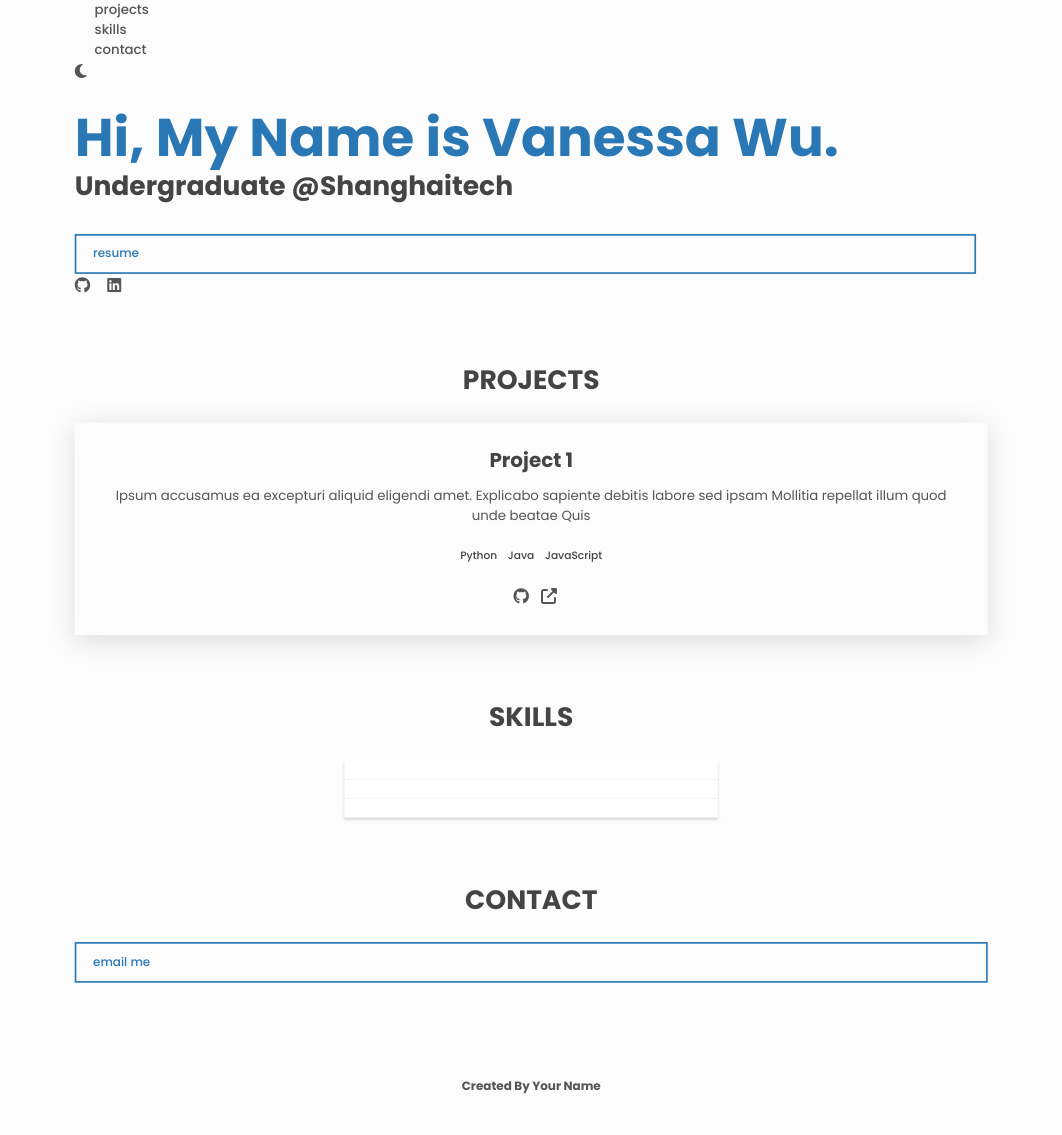
Repository: indiansummer1022/Cubstart
Page: Web Track/hw1/index.html
An editor plug-in stored every save of this project. The page is shown before and after the next save, followed by the edit.
The browser window is 1280 px wide. The pictures show the whole page, at 83% of full size.
Some web libraries are served in a nearby version.

Above is the page before, as saved 2022-02-15 21:12:22.

After the next save:
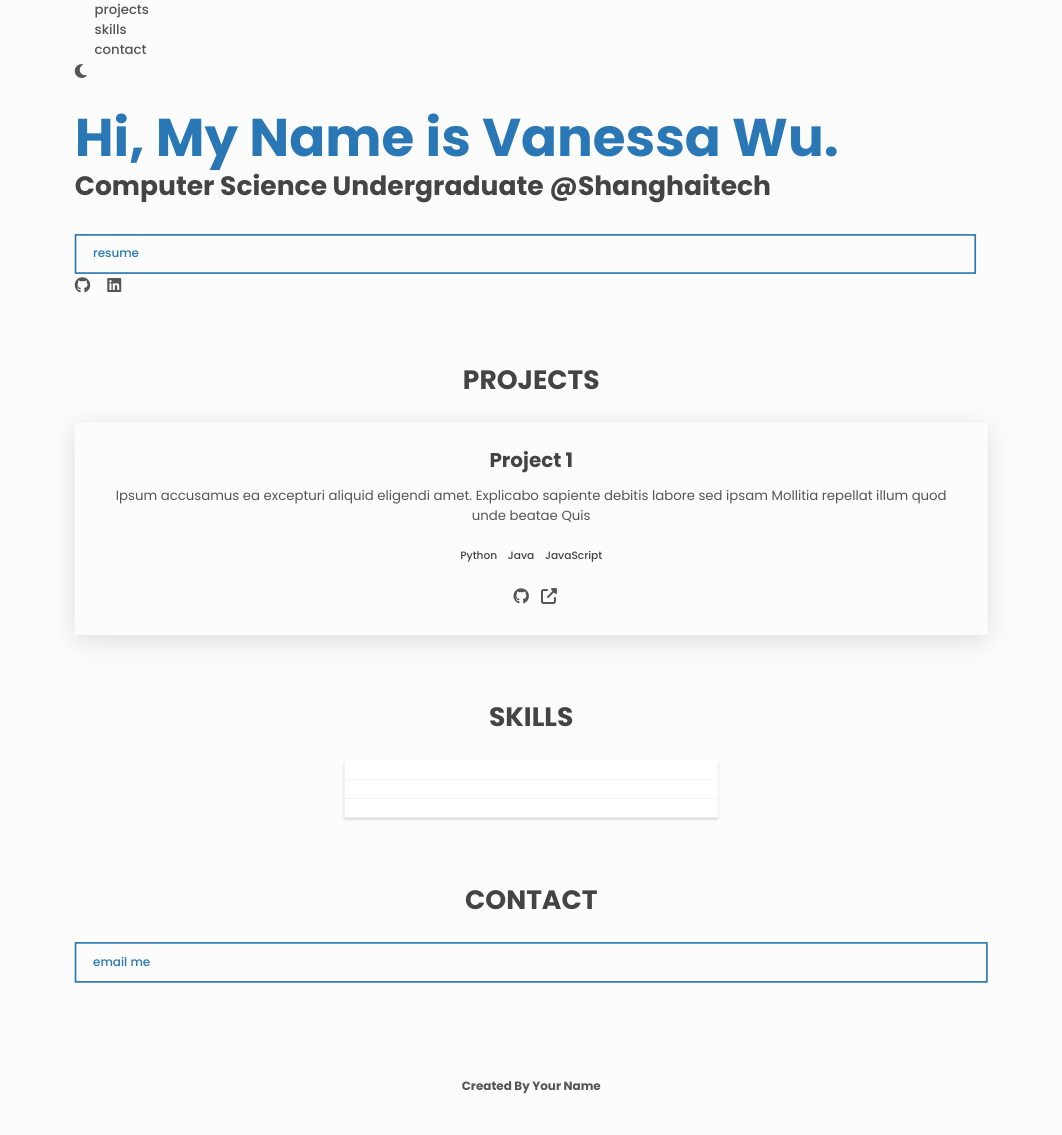
Saved 13 s later.
--- a/Web Track/hw1/index.html
+++ b/Web Track/hw1/index.html
@@ -73,7 +73,7 @@
       <!-- BEGIN PART 6 -->
       <h1 class="about__name"> Hi, My Name is Vanessa Wu.</h1>
       <h2 class="about_role">
-        Undergraduate @Shanghaitech
+        Computer Science Undergraduate @Shanghaitech
       </h2>
       <!-- END PART 6 -->
       <div class="about__contact center">
